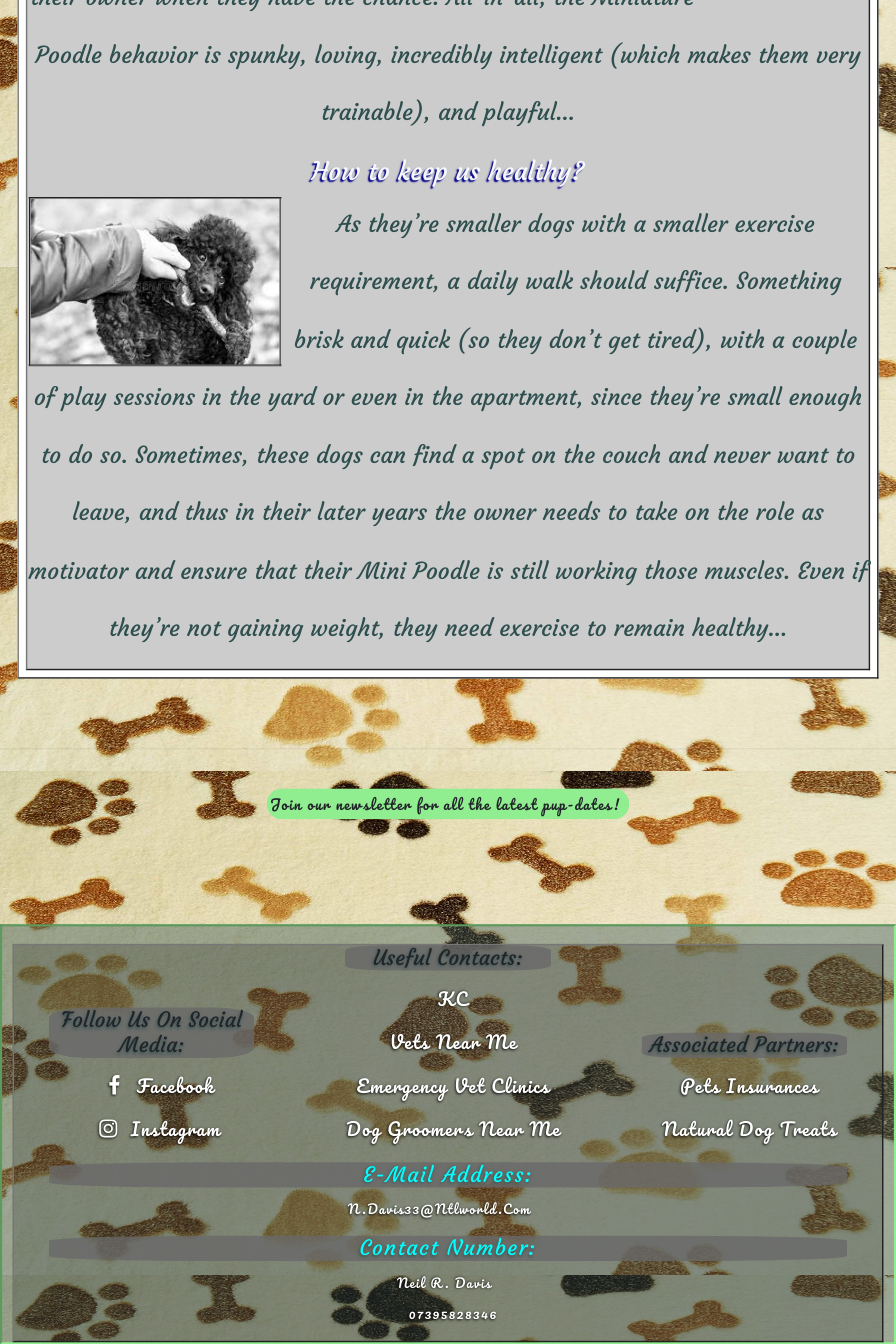
Repository: Code-Institute-Submissions/GeorgiosSklav-Iacinthos-blog
Page: about-them.html
The author's editor kept a record of every edit. The page is drawn from the files as they stood at one moment, then again after the next edit.
The browser window is 1280 px wide. The pictures show the part of the page from y = 1779 to 3699 px (the page is 3699 px tall), at 70% of full size.
Backgrounds fixed to the window are drawn as part of the page.

Above is the page before.

After the next edit:
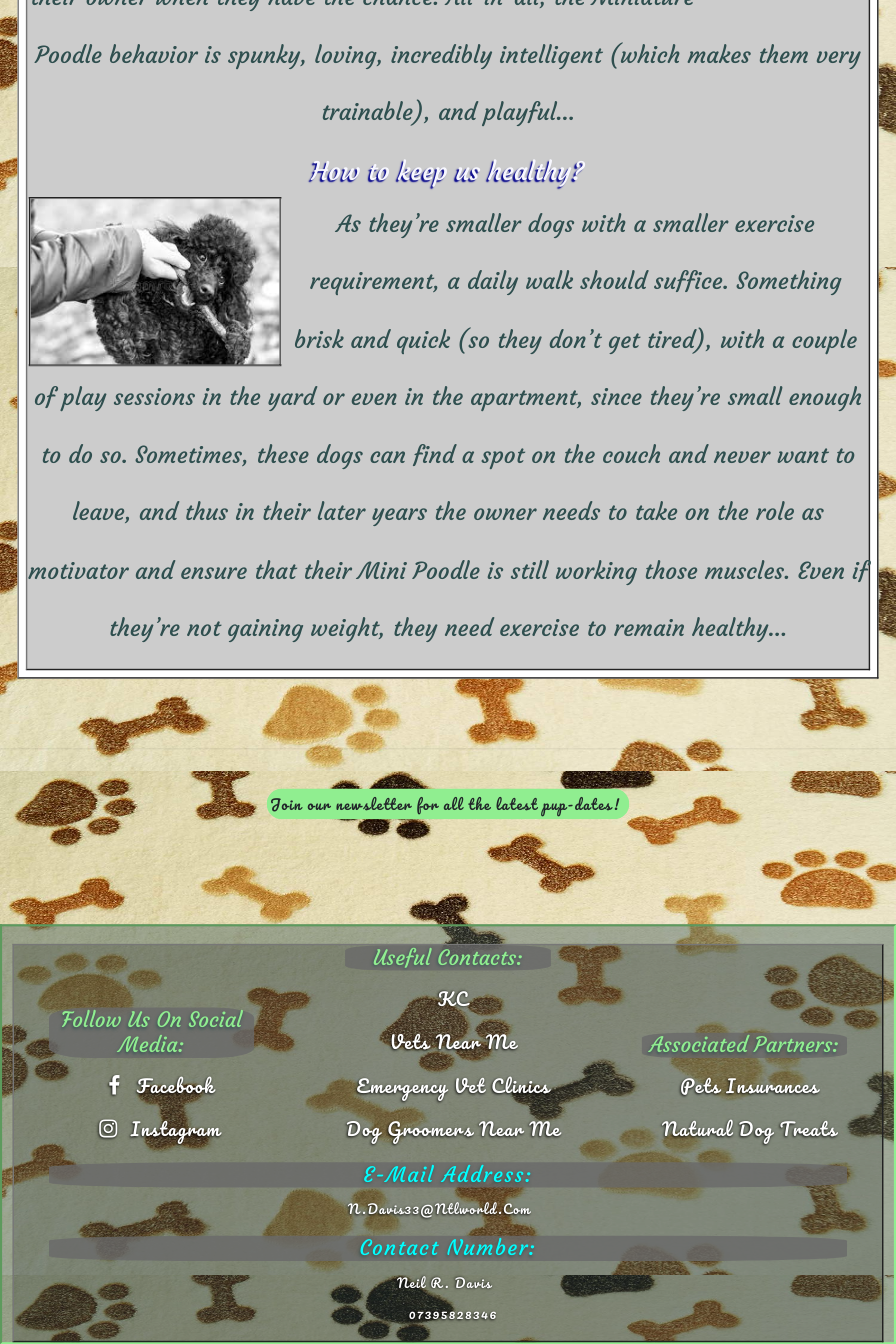
The edit:
--- a/style.css
+++ b/style.css
@@ -349,10 +349,9 @@
     font-size: 30px;
     font-family: "Courgette", sans-serif;
     border-radius: 20%;
-
+    color: #90ee90;
     text-shadow: -1px 2px 5px #2f4f4f;
     background-color: rgba(/*144, 238, 144,*/105,105,105, 0.8);
-    /*color: #90ee90;*/
 }
 
 .contact-heading {
